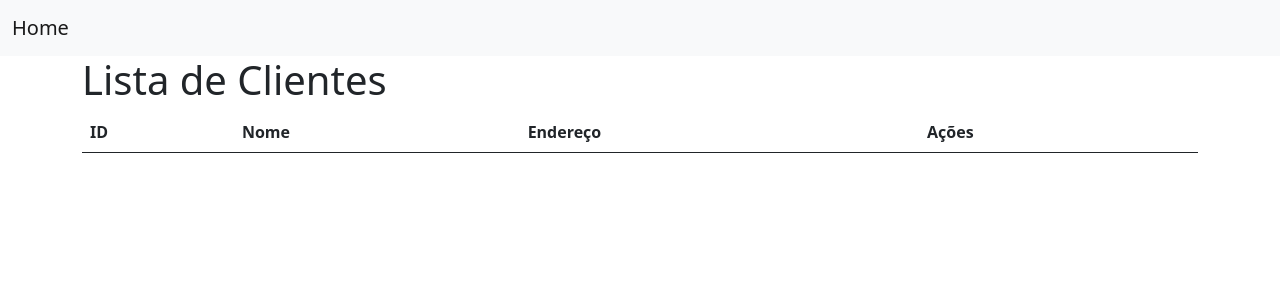
Repository: Luckycaat/eloquent-ORM
Page: http://localhost/clients
These files come from the project's save history. The page is drawn as it stood at one moment and after the next save; the edit follows.
The browser window is 1280 px wide. The pictures show the whole page.
The page is served by the project's Laravel application, run on PHP 8.4 with Laravel 9. Other server files are loaded and not shown. Queries for data that is not in the repository find no rows.

Above is the page before, as saved 2022-09-20 15:33:19.

### routes/web.php
<?php

use App\Http\Controllers\ClientController;
use App\Http\Controllers\Saudacao;
use App\Http\Controllers\SiteController;

use Illuminate\Support\Facades\Route;

/*
|--------------------------------------------------------------------------
| Web Routes
|--------------------------------------------------------------------------
|
| Here is where you can register web routes for your application. These
| routes are loaded by the RouteServiceProvider within a group which
| contains the "web" middleware group. Now create something great!
|
*/

// Route::get('/', function () {
//     return view('welcome');
// });

Route::get('/', [SiteController::class, 'index'])->name('index');
Route::get('/sobre', [SiteController::class, 'sobre']);
Route::get('/servicos', [SiteController::class, 'servicos']);
Route::get('/servico/{id}', [SiteController::class, 'servico']);

Route::get('/saudacao/{nome?}', Saudacao::class);

Route::get('/clients', [ClientController::class, 'index'])->name('clients.index');
Route::get('/clients/create', [ClientController::class, 'create'])->name('clients.create');
Route::get('/clients/{id}', [ClientController::class, 'show'])->name('clients.show');

### app/Http/Controllers/Saudacao.php
<?php

namespace App\Http\Controllers;

use Illuminate\Contracts\View\View;
use Illuminate\Http\Request;

class Saudacao extends Controller
{
    /**
     * Handle the incoming request.
     *
     * @param  string $nome
     * @return void
     */
    public function __invoke(string $nome = 'Pedro')
    {
        return view('saudacao', [
            'nome' => $nome,
        ]);
        // return view('saudacao')->with('nome', $nome);

    }
}

### app/Http/Controllers/ClientController.php
<?php

namespace App\Http\Controllers;

use Illuminate\Http\Request;
use App\Models\Client;

class ClientController extends Controller
{
    public function index()
    {
        $clients = Client::get();

        return view('clients.index', [
            'clients' => $clients,
        ]);
    }

    public function show(int $id)
    {
        $client = Client::find($id);

        return view('clients.show', [
            'client' => $client
        ]);
    }

    public function create()
    {
        return view('clients.create');
    }
}

### resources/views/clients/index.blade.php
@extends('app')
@section('titulo', 'Lista de Clientes')
@section('conteudo')
    <h1>Lista de Clientes</h1>
    <table class="table">
        <thead>
            <tr>
                <th scope="col">ID</th>
                <th scope="col">Nome</th>
                <th scope="col">Endereço</th>
                <th scope="col">Ações</th>
            </tr>
        </thead>
        <tbody>
            @foreach ($clients as $client)
                <tr>
                    <th scope="row">{{ $client->id }}</th>
                    <td><a href="{{ route('clients.show', $client) }}">{{ $client->nome }}</a></td>
                    <td>{{ $client->endereco }}</td>
                    <td></td>
                </tr>
            @endforeach
        </tbody>
    </table>
    <a href="{{route('clients.create')}}"></a>
@endsection

### resources/views/app.blade.php
<!doctype html>
<html lang="en">

<head>

    <meta charset="utf-8">
    <meta name="viewport" content="width=device-width, initial-scale=1">


    <link href="https://cdn.jsdelivr.net/npm/bootstrap@5.0.2/dist/css/bootstrap.min.css" rel="stylesheet"
        integrity="sha384-EVSTQN3/azprG1Anm3QDgpJLIm9Nao0Yz1ztcQTwFspd3yD65VohhpuuCOmLASjC" crossorigin="anonymous">

    <title>@yield('titulo')</title>
</head>

<body>
    <nav class="navbar navbar-light bg-light">
        <div class="container-fluid">
            <a class="navbar-brand" href="{{ route('index') }}">Home</a>
        </div>
    </nav>

    <div class="container">
        @yield('conteudo')
    </div>


    <script src="https://cdn.jsdelivr.net/npm/bootstrap@5.0.2/dist/js/bootstrap.bundle.min.js"
        integrity="sha384-MrcW6ZMFYlzcLA8Nl+NtUVF0sA7MsXsP1UyJoMp4YLEuNSfAP+JcXn/tWtIaxVXM" crossorigin="anonymous">
    </script>

</body>

</html>

Loaded but not shown: app/Http/Controllers/Controller.php (common file); app/Models/Client.php (common file)

After the next save:
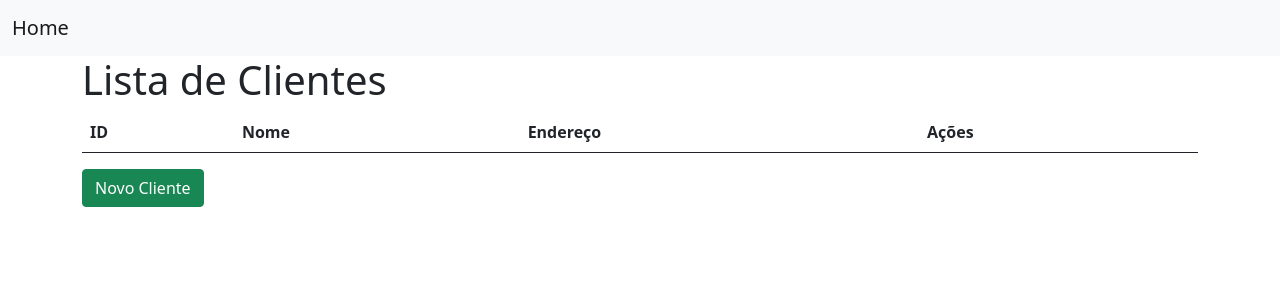
Saved 20 s later.
--- a/resources/views/clients/index.blade.php
+++ b/resources/views/clients/index.blade.php
@@ -22,5 +22,5 @@
             @endforeach
         </tbody>
     </table>
-    <a href="{{route('clients.create')}}"></a>
+    <a href="{{ route('clients.create') }}" class="btn btn-success">Novo Cliente</a>
 @endsection
